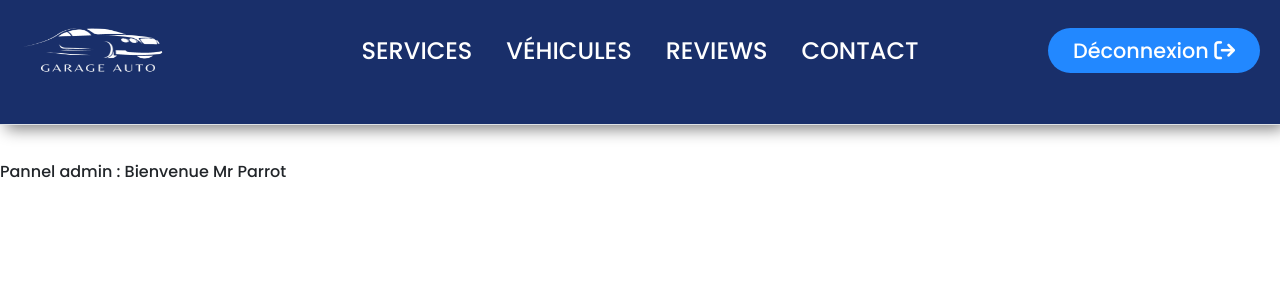
Repository: haifabilel/garage_ecf
Page: http://localhost/espace_admin/admin_page.php
The author's editor kept a copy of each file at every save. The page is drawn from the files as they stood at one save, then again after the next save.
The browser window is 1280 px wide. The pictures show the whole page.
Some web fonts or font styles are not loaded; a fallback is used. Some web libraries are served in a nearby version. The page is run by PHP 8.4 with error messages shown; the project is at /var/www/html/.

Above is the page before, as saved 2023-10-14 14:21:08.

### espace_admin/admin_page.php
<?php
 require_once ('connexion.php');



 ?>
<!DOCTYPE html>
<html lang="fr">
 <head>
        <meta charset="utf-8">
        <meta http-equiv="X-UA-Compatible" content="IE=edge">
        <title>garage</title>
        <meta name="description" content="Notre garage est parfaitement équipé, le Garage V.Parrot entretient vos véhicules et propose également des occasions toutes marques garanties. Il assure également le diagnostic et la réparation
         toutes marques de vos véhicules.">
         <meta name="viewport" content="width=device-width, initial-scale=1">
         <link href="https://cdn.jsdelivr.net/npm/bootstrap-icons@1.10.2/font/bootstrap-icons.css" rel="stylesheet"/>
         <link href="https://cdn.jsdelivr.net/npm/bootstrap@5.2.3/dist/css/bootstrap.min.css" rel="stylesheet"/>
            <!-- Bootstrap icons CSS -->
        <link rel="stylesheet" href="https://cdn.jsdelivr.net/npm/bootstrap-icons@1.6.1/font/bootstrap-icons.css">
        <!-- font awesome cdn link-->
        <link rel="stylesheet" href="https://cdnjs.cloudflare.com/ajax/libs/font-awesome/6.3.0/css/all.min.css" integrity="sha512-SzlrxWUlpfuzQ+pcUCosxcglQRNAq/DZjVsC0lE40xsADsfeQoEypE+enwcOiGjk/bSuGGKHEyjSoQ1zVisanQ==" crossorigin="anonymous" referrerpolicy="no-referrer">
            <!-- Bootstrap -->
        <link rel="stylesheet" href="https://cdn.jsdelivr.net/npm/bootstrap@5.2.3/dist/css/bootstrap.min.css" integrity="sha384-rbsA2VBKQhggwzxH7pPCaAqO46MgnOM80zW1RWuH61DGLwZJEdK2Kadq2F9CUG65" crossorigin="anonymous">
            <!-- CSS Link -->
        <link rel="stylesheet" href="../css/style.css">
    </head>
    <header class="d-flex flex-wrap align-items-center justify-content-center justify-content-md-between py-3 mb-4 border-bottom">
      <div class="col-md-3 mb-2 mb-md-0">
      <a href="../index.php" class="logo">
          <img src="../assets/images/1.png" alt="logo" style="width: 190px; height: 140px; ">
        </a>
      </div>

      <ul class="nav col-12 col-md-auto mb-2 justify-content-center mb-md-0">
          <li><a href="#services" class="nav-link" px-2>services</a></li>
          <li><a href="./templates/vehicules.php" class="nav-link" px-2>Véhicules</a></li>
          <li><a href="#reviews" class="nav-link" px-2>Reviews</a></li>
          <li><a href="./templates/contact.php" class="nav-link" px-2>Contact</a></li>
      </ul>

      <div class="col-md-3 text-end">
      <a href="logout.php"  class="button" id="btn-login" >Déconnexion <i class="fa-solid fa-arrow-right-from-bracket"></i></a>
      </div>
    </header>
    <section class="pannel_admin">
     <p class="dashboard-title">Pannel admin : Bienvenue Mr Parrot</p>



    </section>

### espace_admin/connexion.php
<?php

//connexion à la bdd
$user = 'root';
$pass = '';
try {
    $conn = new PDO('mysql:host=localhost;dbname=ecf',$user, $pass);
    $conn->setAttribute(PDO::ATTR_ERRMODE , PDO::ERRMODE_EXCEPTION);

}catch(PDOException $e){
  // Enregistrement du message d'erreur dans le fichier bdlogs.log pour sécuriser les coordonnées.
  file_put_contents('bdlogs.log', $e->getMessage().PHP_EOL, FILE_APPEND);

}


?>

### css/style.css
@import url('https://fonts.googleapis.com/css2?family=Cormorant+Garamond:ital,wght@1,300;1,400;1,500;1,600;1,700&family=Crimson+Text:wght@400;600&family=EB+Garamond:wght@700&family=Lora:ital@1&family=Nanum+Myeongjo:wght@400;700;800&family=Poppins:ital,wght@0,300;0,500;0,600;1,200;1,300;1,400;1,500&display=swap');
*{
    margin: 0;
    padding: 0;
    box-sizing: border-box;
    outline:none;
    text-decoration:none;
    font-family: 'Poppins' , sans-serif;
}
/*Variables*/
:root{
    --main-color:#2288ff;
    --second-color:#192f6a;
    --text-color:#314862;
    --bg-color:#fff;
    --bg-box: #c6c4c462;
}
/*header starts*/
header{
    display:block;
    width:100%;
    height: 160px;
    background: var(--second-color);
    position: fixed;
    top:-35px;
    left:0;
    z-index:100;
    box-shadow: 5px 5px 15px -1px #808080;
}
.nav{
    display:flex;
    align-items: center;
    justify-content:space-between;
    padding: 20px;
    display:flex;
}

.nav a {
    padding: 8px 17px;
    color: var(--bg-color);
    font-size:1.5rem;
    text-transform:uppercase;
    text-decoration: none;
}
.nav a:hover{
    transform: scale(1.1);
    transition:0.2s;
    color:var(--main-color);
}
.button{
    margin-right: 20px;
    padding: 8px 25px;
    background-color:var(--main-color);
    color:var(--bg-color);
    border-radius: 5rem;
    font-size: 1.3rem;
   text-decoration: none;
}
.button:hover{
   transform:scale(1.1);
    transition: 0.2s;
    color: var(--bg-color);
}
/* header ends */
/* home starts */
.home{
    margin-top:6rem;
}
h2{
    margin-left: 8rem;
     text-align: center;
     color:var(--main-color);
     font-size: 2rem;
     background-color: var(--bg-box);
     display:block;
     width:80%;
 }
/* home ends */
/* section services starts */
h1{
    color: var(--main-color);
}
.vehicules{
    color: red;
}
.container-services{
    width:100wh;
}
.row{
   padding: 20px;
   display:flex;
}
.card{
    margin-left: 20px;
    box-shadow: 5px 5px 10px -1px #808080;
    width: 95%;
}
.card:hover{
    background-color: var(--bg-box);
}
/* section services ends */
/* registre_page starts */
.form-container{
   height:100vh;
    width:100%;
    display:flex;
    align-items: center;
    justify-content: center;
    margin: auto;
    padding:20px;
    background: #eee;

}
.form-container form{
   padding: 20px;
   border-radius:5px;
   box-shadow: 0 5px 10px rgba(0,0,0,.1);
   background:white;
   text-align:center;
   width:500px;
}
.form-container form input,
.form-container textarea,
.form-container form select{
    width:100%;
    padding:10px 15px;
    font-size:20px;
    margin:8px 0;
    background: #eee;
}
.form-container form select option{
    background: white;

}
.form-btn{
    background-color: blue;

}
.form-container form a {
    text-decoration: none;
}
.error-msg{
    color:white;
    margin:10px 0;
    display: block;
    background-color: red;
    font-size: 20px;
}
/* registre_page ends */
/* vehicules page starts */

.js-filter-form{
background-color: var(--bg-box);

}
.kilométrage, .Années{
    margin-bottom: 20px;

}
 h3{
    text-align: center;
    background-color:var(--second-color);
    color:white;
    width: 100%;

}
.js-filter-form h3{
    color: var(--bg-color);
}
.js-filter-form p{
    padding: 0 10px;
    font-size: 0.7rem;

}
.field{
    padding: 0 20px;

}
.field input{

    text-align: center;
    -moz-appearance:textfield;

}



.slider{
    height: 7px;
    background-color: var(--bg-color);
    position: relative;
    width: 90%;
    margin:0 20px;
    border-radius: 5px;

}
.slider .progress{
    background-color: var(--main-color);
    margin:0 20px;
    height: 7px;
    left:1%;
    right:1%;
    position:absolute
}
.range-input{
    position: relative;
}
.range-input input{
    position:absolute;
    top:-7px;
    height:5px;
    width:100%;
    -webkit-appearance: none;
    pointer-events: none;
    background: none;
}
input[type="range"]::-webkit-slider-thumb{
    height: 17px;
    width: 17px;
    border-radius: 50%;
    pointer-events: auto;
    -webkit-appearance: none;
    background: var(--main-color);
}
input[type="range"]::-moz-range-thumb{
    height: 17px;
    width: 17px;
    border-radius: 50%;
    pointer-events: auto;
    -moz-appearance: none;
    background: var(--main-color);
}
#Contact{
    margin-top: -50px;
}
.js-filter-content{
    display:flex;
}
.card-deck .card{
   margin-bottom:30px;
}
/* vehicules page ends */
/* footer starts */
footer{
    background-color:var(--bg-box);
    height: 250px;
    width: 100wh;

}
.dashboard-title{
    margin-top:10rem;
}

After the next save:
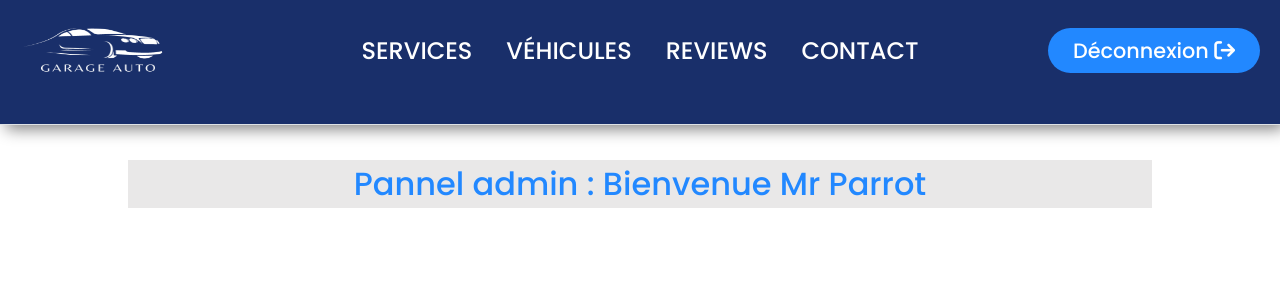
Saved 29 s later.
--- a/css/style.css
+++ b/css/style.css
@@ -249,4 +249,11 @@ footer{
 }
 .dashboard-title{
     margin-top:10rem;
-}
+    margin-left: 8rem;
+    text-align: center;
+    color:var(--main-color);
+    font-size: 2rem;
+    background-color: var(--bg-box);
+    display:block;
+    width:80%;
+}
